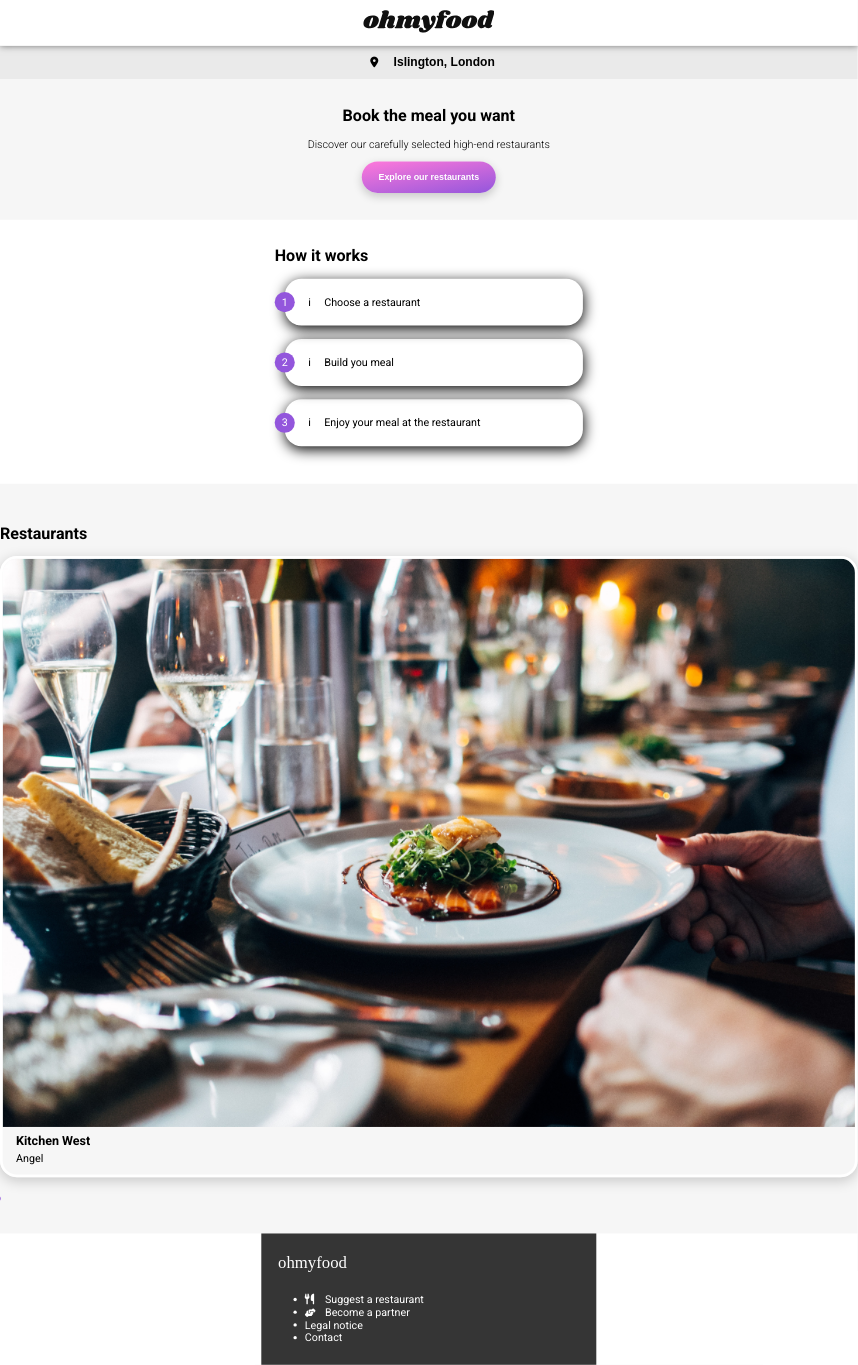
Repository: R1ptou/Project-3
Page: index.html
The author's editor kept a copy of each file at every save. The page is drawn from the files as they stood at one save, then again after the next save.
The browser window is 1280 px wide. The pictures show the whole page, at 67% of full size.
Some web fonts or font styles are not loaded; a fallback is used. The style sheet was rebuilt from its Sass, Less or Tailwind sources for each picture, by a compiler version that may differ from the author's.

Above is the page before, as saved 2024-03-25 11:34:59.

After the next save:
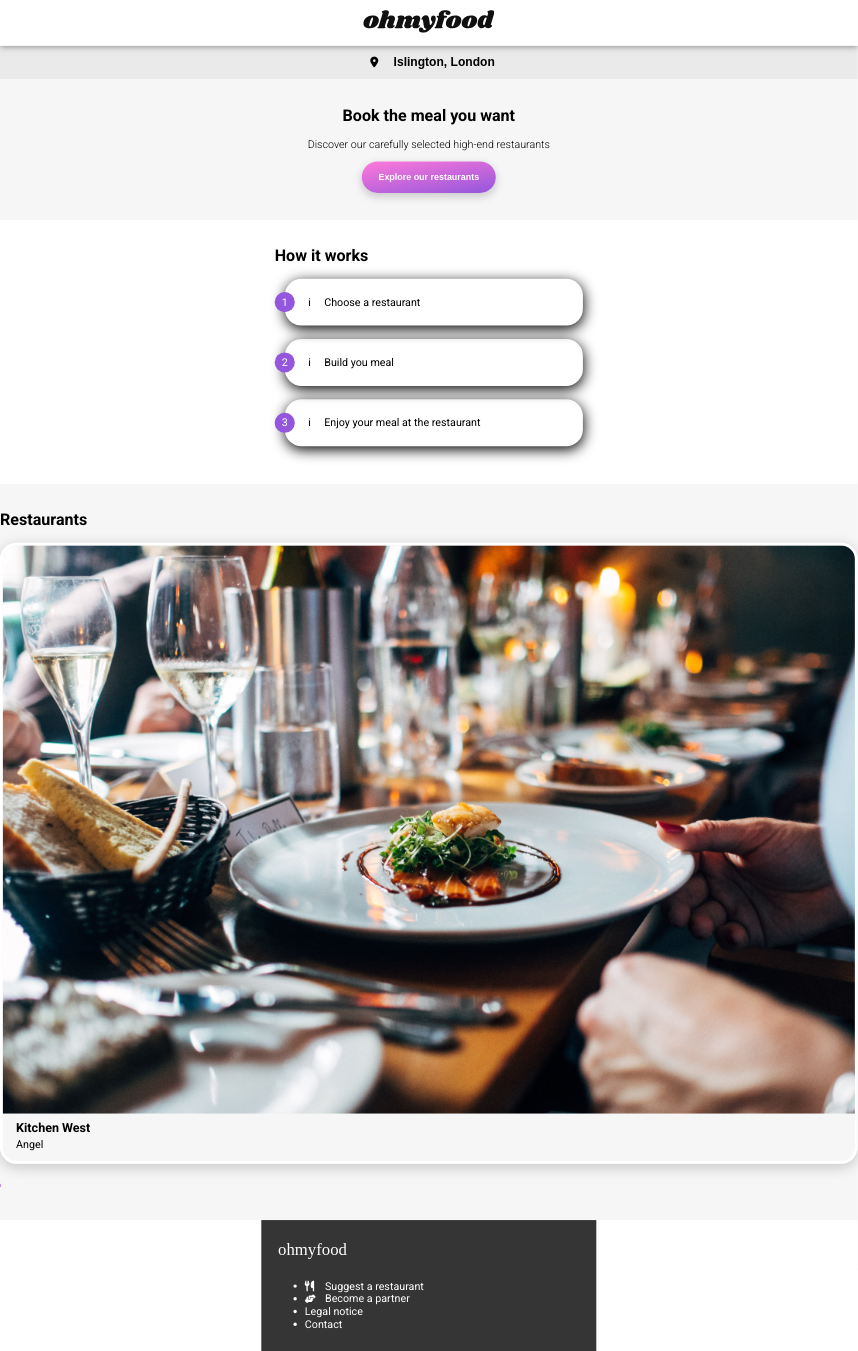
Saved 14 s later.
--- a/index.html
+++ b/index.html
@@ -56,7 +56,7 @@
         </section>
 <!-- Restaurants -->
         <section class="section bg-dark">
-            <h2>Restaurants</h2>
+            <h2 class="headline">Restaurants</h2>
 
             <a href="#" class="card-rest">
                 <img class="card-img" src="./Images%20and%20text%20Ohmyfood/images/restaurants/jay-wennington-N_Y88TWmGwA-unsplash.jpg" alt="">
